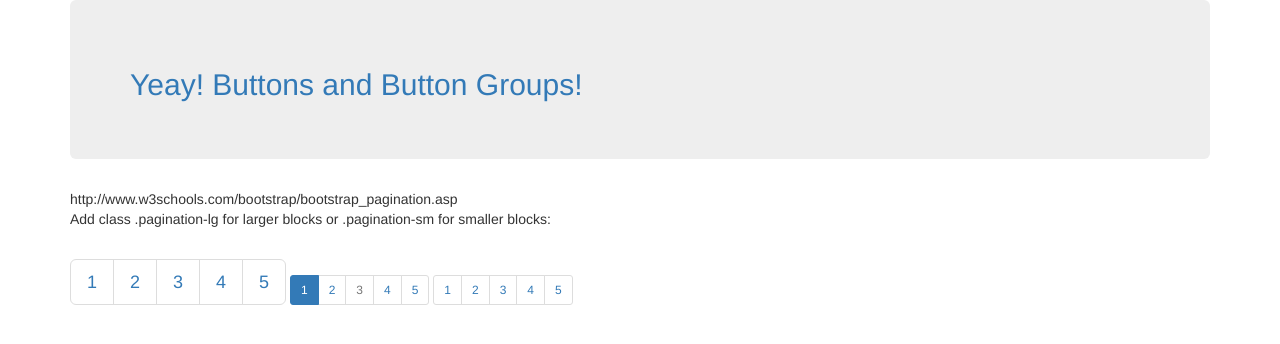
Repository: jksfoTemp/html-css-js
Page: -HTML5/bootstrap/pagination.html
The author's editor kept a record of every edit. The page is drawn from the files as they stood at one moment, then again after the next edit.
The browser window is 1280 px wide. The pictures show the whole page.
Some web libraries are served in a nearby version.

Above is the page before.

After the next edit:
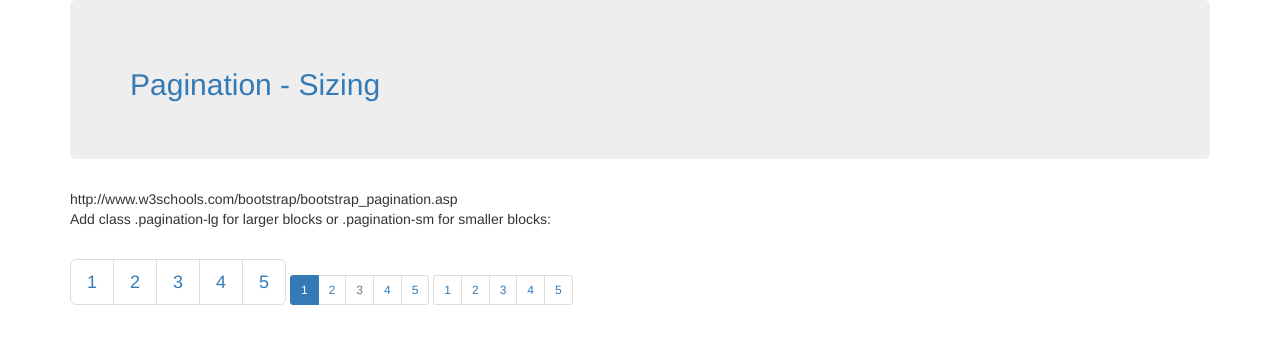
The edit:
--- a/-HTML5/bootstrap/pagination.html
+++ b/-HTML5/bootstrap/pagination.html
@@ -25,7 +25,7 @@
 <body>
     <div class="container">
         <div class="jumbotron ">
-            <h2><a href="http://www.w3schools.com/bootstrap/bootstrap_buttons.asp">Yeay! Buttons and Button Groups!</a></h2>
+            <h2><a href="http://www.w3schools.com/bootstrap/bootstrap_buttons.asp">Pagination - Sizing</a></h2>
         </div>
 
         http://www.w3schools.com/bootstrap/bootstrap_pagination.asp        <p>Add class .pagination-lg for larger blocks or .pagination-sm for smaller blocks:</p>
